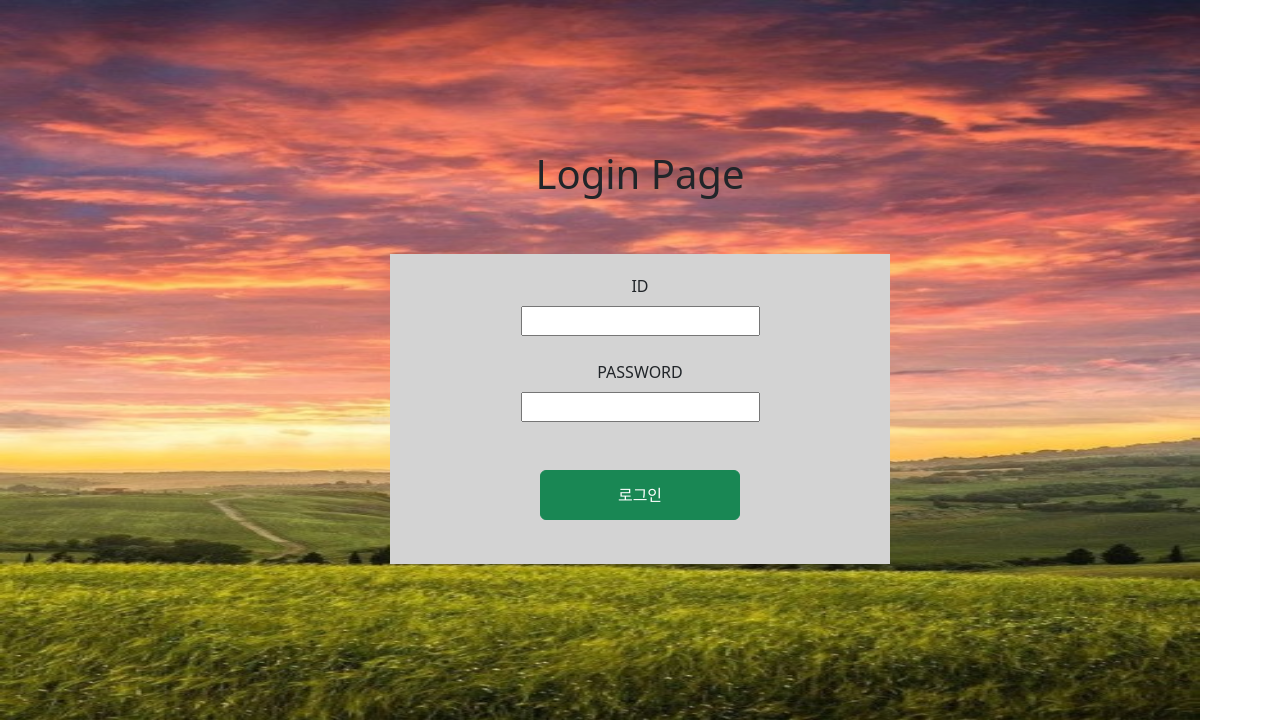
Repository: doridori890130/JSP
Page: http://localhost/jsp_project/mem/login
An editor plug-in stored every save of this project. The page is shown before and after the next save, followed by the edit.
The browser window is 1280 px wide. The pictures show the whole page.
The page is served by Tomcat 9.

Above is the page before, as saved 2023-06-01 04:26:32.

After the next save:
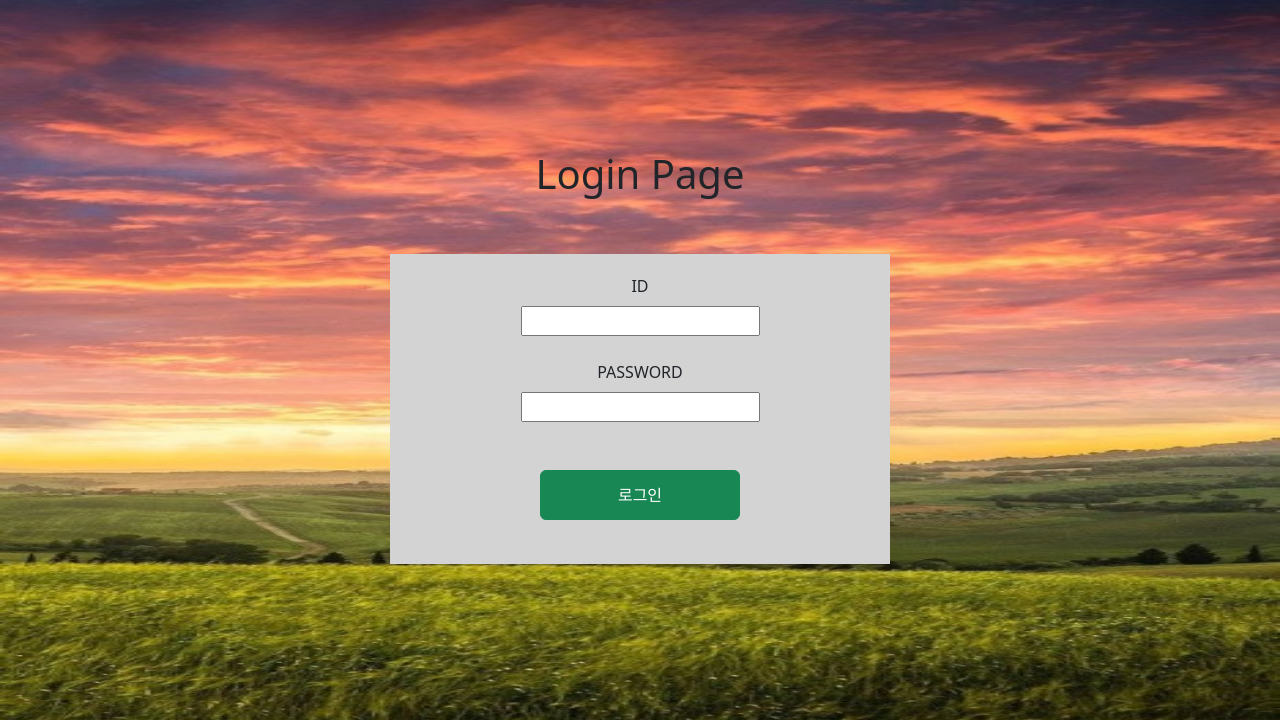
Saved 16 s later.
--- a/jsp_project4/jsp_project/src/main/webapp/member/login.jsp
+++ b/jsp_project4/jsp_project/src/main/webapp/member/login.jsp
@@ -11,7 +11,7 @@
  body{
  	background-image: url("/img/노을.jpg");
  	background-repeat: no-repeat;
- 	background-size: 1200px 100vh;
+ 	background-size: 100% 100vh;
  }
  H1{
  	text-align: center;
